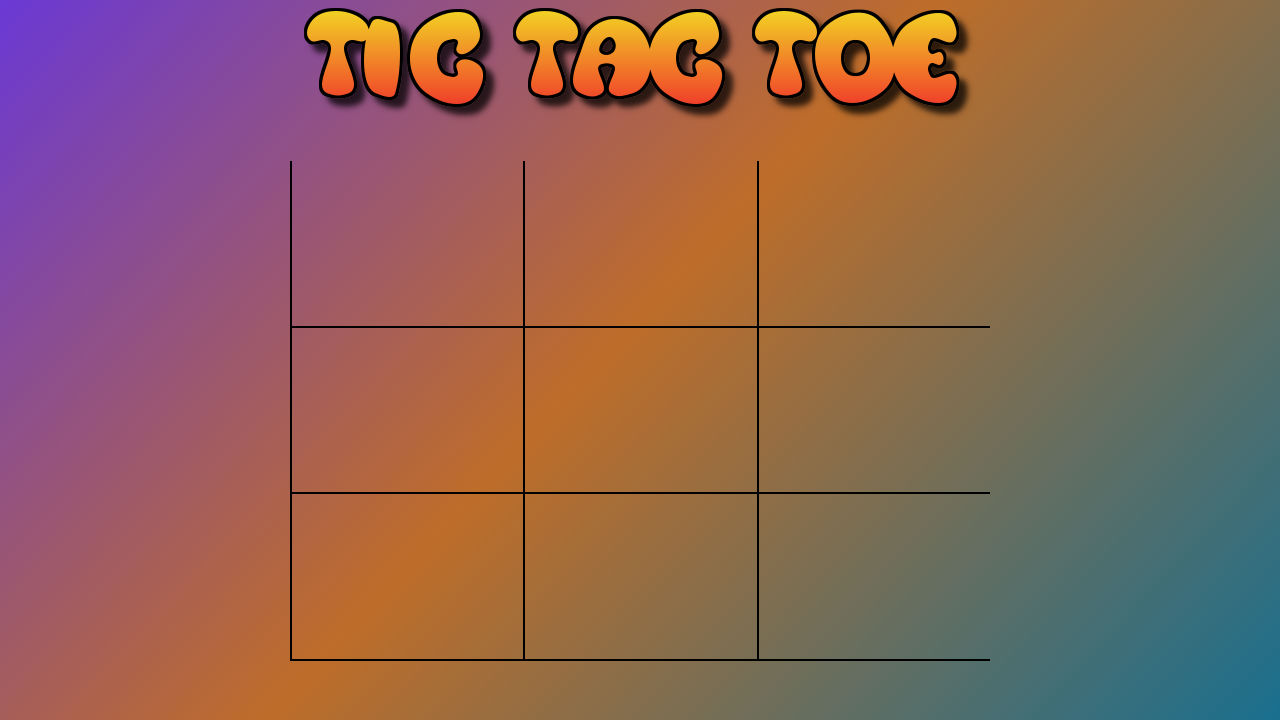
Repository: malx9/Project--5---Tic-Tac-Toe-with-AI
Page: index.html
These files come from the project's save history. The page is drawn as it stood at one moment and after the next save; the edit follows.
The browser window is 1280 px wide. The pictures show the whole page.

Above is the page before, as saved 2023-12-25 17:27:46.

### index.html
<!DOCTYPE html>
<html lang="en">
  <head>
    <meta charset="UTF-8" />
    <meta name="viewport" content="width=device-width, initial-scale=1.0" />
    <link rel="stylesheet" href="styles.css" />
    <title>Tic Tac Toe</title>
  </head>
  <body>
    <header>
      <img class="logo" src="images/logo.png" />
    </header>
    <main>
      <div class="game--board">
        <div class="square square-1"></div>
        <div class="square square-2"></div>
        <div class="square square-3"></div>
        <div class="square square-4"></div>
        <div class="square square-5"></div>
        <div class="square square-6"></div>
        <div class="square square-7"></div>
        <div class="square square-8"></div>
        <div class="square square-9"></div>
      </div>
    </main>
  </body>
</html>

### styles.css
html {
  height: 100%;
  margin: 0;
}

body {
  margin: 0;
  background: rgb(106, 56, 213);
  background: linear-gradient(
    133deg,
    rgba(106, 56, 213, 1) 0%,
    rgba(190, 109, 41, 1) 48%,
    rgba(25, 111, 143, 1) 100%
  );
}

.logo {
  display: block;
  margin-left: auto;
  margin-right: auto;
  margin-bottom: 30px;
}

.game--board {
  display: grid;
  grid-template-columns: repeat(3, 1fr);
  grid-template-rows: repeat(3, 1fr);
  width: 700px;
  height: 500px;
  margin: auto;
}

.square {
  background-color: transparent;
  border: 2px solid #000000;
  border-top: 0;
  border-right: 0;
}

/* .square-7,
.square-8,
.square-9 {
  border-bottom: 0;
  border: 2px solid #000000;
} */

After the next save:
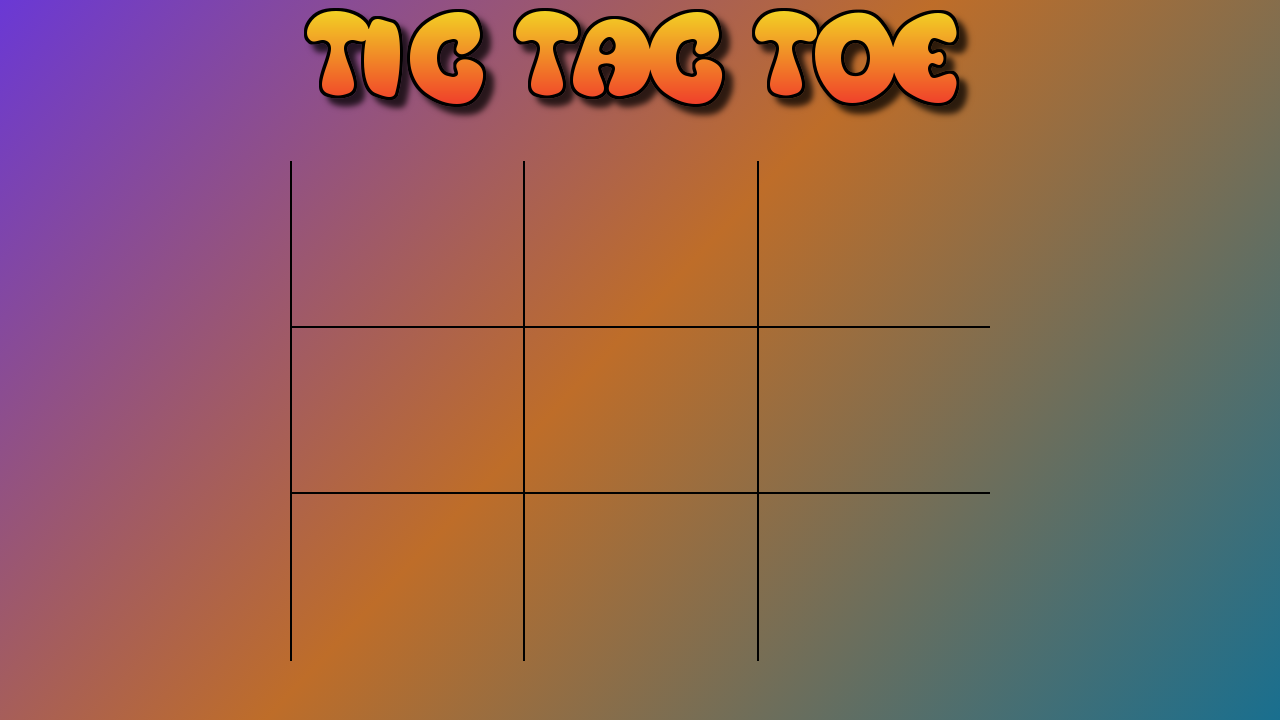
Saved 7 s later.
--- a/styles.css
+++ b/styles.css
@@ -37,9 +37,8 @@ body {
   border-right: 0;
 }
 
-/* .square-7,
+.square-7,
 .square-8,
 .square-9 {
   border-bottom: 0;
-  border: 2px solid #000000;
-} */
+}
